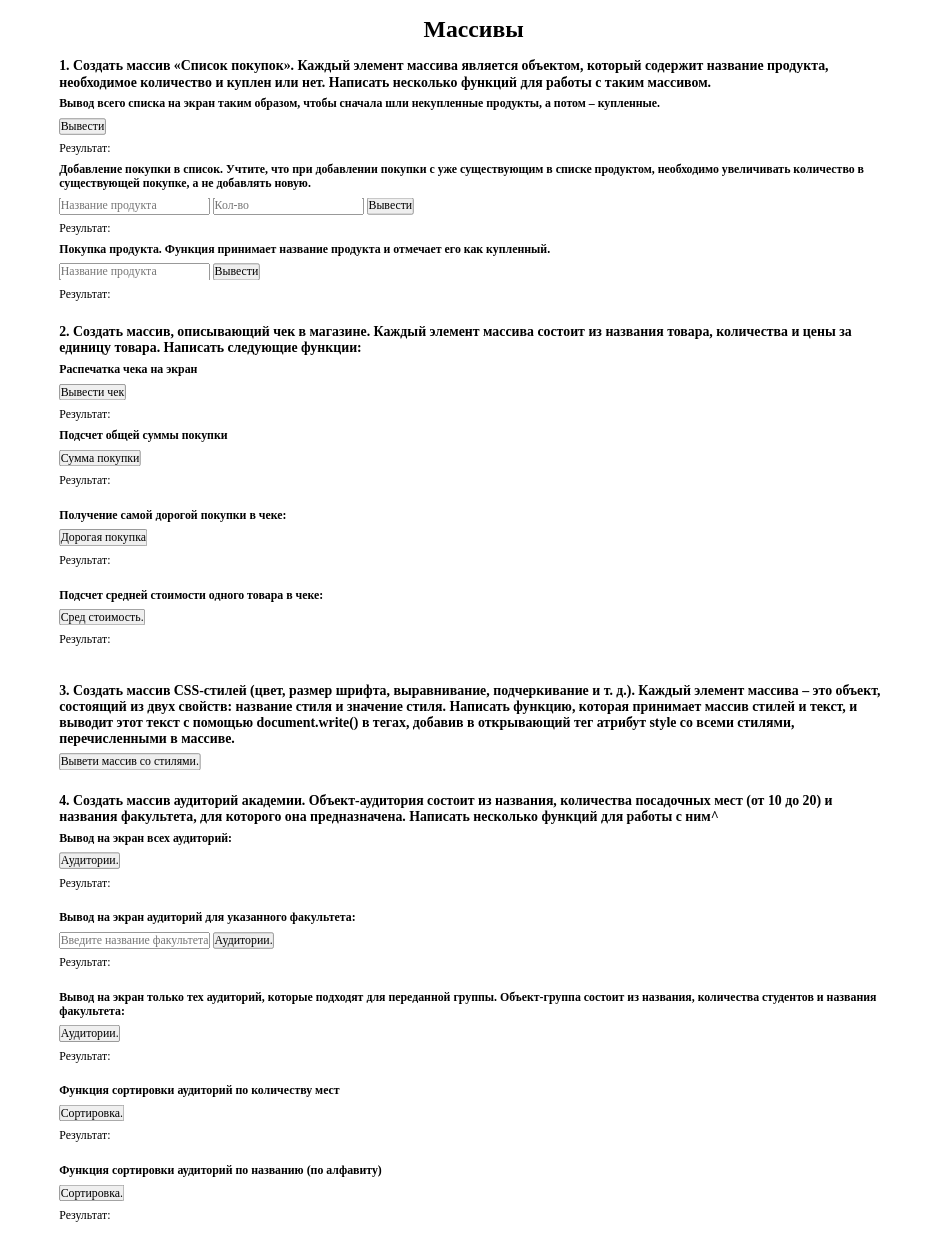
Repository: NastyaGavrilova/Beetroot-js
Page: HW5/index.html
The author's editor kept a copy of each file at every save. The page is drawn from the files as they stood at one save, then again after the next save.
The browser window is 1280 px wide. The pictures show the whole page, at 74% of full size.

Above is the page before, as saved 2021-10-23 14:53:13.

### HW5/index.html
<!DOCTYPE html>
<html lang="en">
  <head>
    <meta charset="UTF-8" />
    <meta http-equiv="X-UA-Compatible" content="IE=edge" />
    <meta name="viewport" content="width=device-width, initial-scale=1.0" />
    <link rel="preconnect" href="https://fonts.googleapis.com" />
    <link rel="preconnect" href="https://fonts.gstatic.com" crossorigin />
    <link
      href="https://fonts.googleapis.com/css2?family=Hind+Siliguri:wght@400;500;700&display=swap"
      rel="stylesheet"
    />
    <link
      rel="stylesheet"
      href="https://cdnjs.cloudflare.com/ajax/libs/normalize/8.0.1/normalize.min.css"
      integrity="sha512-NhSC1YmyruXifcj/KFRWoC561YpHpc5Jtzgvbuzx5VozKpWvQ+4nXhPdFgmx8xqexRcpAglTj9sIBWINXa8x5w=="
      crossorigin="anonymous"
      referrerpolicy="no-referrer"
    />
    <link rel="stylesheet" href="./index.css" />
    <title>Arrays</title>
  </head>
  <body>
    <h1>Массивы</h1>
    <section class="c-task1">
      <div class="c-task1__wrapper">
        <h3 class="title">
          1. Создать массив «Список покупок». Каждый элемент массива является
          объектом, который содержит название продукта, необходимое количество и
          куплен или нет. Написать несколько функций для работы с таким
          массивом.
        </h3>
        <p class="task">
          Вывод всего списка на экран таким образом, чтобы сначала шли
          некупленные продукты, а потом – купленные.
        </p>
        <button id="js-task1-btn1">Вывести</button>
        <p class="paragraph">Результат: <span id="js-task1-span1"></span></p>
        <p class="task">
          Добавление покупки в список. Учтите, что при добавлении покупки с уже
          существующим в списке продуктом, необходимо увеличивать количество в
          существующей покупке, а не добавлять новую.
        </p>
        <form action="#" method="get">
          <input
            type="text"
            id="js-task1-input1"
            placeholder="Название продукта"
          />
          <input type="number" id="js-task1-input2" placeholder="Кол-во" />
          <button id="js-task1-btn2">Вывести</button>
        </form>
        <p class="paragraph">Результат: <span id="js-task1-span2"></span></p>
        <p class="task">
          Покупка продукта. Функция принимает название продукта и отмечает его
          как купленный.
        </p>
        <form action="#" method="get">
          <input
            type="text"
            id="js-task1-input4"
            placeholder="Название продукта"
          />
          <button id="js-task1-btn3">Вывести</button>
        </form>
        <p class="paragraph">Результат: <span id="js-task1-span3"></span></p>
      </div>
    </section>
    <section class="c-task2">
      <div class="c-task2__wrapper">
        <h3 class="title">
          2. Создать массив, описывающий чек в магазине. Каждый элемент массива
          состоит из названия товара, количества и цены за единицу товара.
          Написать следующие функции:
        </h3>
        <p class="task">Распечатка чека на экран</p>
        <button id="js-task2-btn1">Вывести чек</button>
        <p>
          Результат: <br />
          <span id="js-task2-span1"></span>
        </p>

        <p class="task">Подсчет общей суммы покупки</p>
        <button id="js-task2-btn2">Сумма покупки</button>
        <p>
          Результат: <br />
          <span id="js-task2-span2"></span><br />
        </p>
        <p class="task">Получение самой дорогой покупки в чеке:</p>
        <button id="js-task2-btn3">Дорогая покупка</button>
        <p>
          Результат: <br />
          <span id="js-task2-span3"></span><br />
        </p>
        <p class="task">Подсчет средней стоимости одного товара в чеке:</p>
        <button id="js-task2-btn4">Сред стоимость.</button>
        <p>
          Результат: <br />
          <span id="js-task2-span4"></span><br />
        </p>
      </div>
    </section>
    <section class="c-task3">
      <div class="c-task3__wrapper">
        <h3 class="title">
          3. Создать массив CSS-стилей (цвет, размер шрифта, выравнивание,
          подчеркивание и т. д.). Каждый элемент массива – это объект, состоящий
          из двух свойств: название стиля и значение стиля. Написать функцию,
          которая принимает массив стилей и текст, и выводит этот текст с
          помощью document.write() в тегах, добавив в открывающий тег атрибут
          style со всеми стилями, перечисленными в массиве.
        </h3>
        <button id="js-task3-btn">Вывети массив со стилями.</button>
      </div>
    </section>
    <section class="c-task4">
      <div class="c-task4__wrapper">
        <h3 class="title">
          4. Создать массив аудиторий академии. Объект-аудитория состоит из
          названия, количества посадочных мест (от 10 до 20) и названия
          факультета, для которого она предназначена. Написать несколько функций
          для работы с ним^
        </h3>
        <p class="task">Вывод на экран всех аудиторий:</p>
        <button id="js-task4-btn1">Аудитории.</button>
        <p>
          Результат: <br />
          <span id="js-task4-span1"></span><br />
        </p>
        <p class="task">Вывод на экран аудиторий для указанного факультета:</p>
        <form action="#" method="get">
          <input
            type="text"
            id="js-task4-input1"
            placeholder="Введите название факультета"
          />
          <button id="js-task4-btn2">Аудитории.</button>
        </form>
        <p>
          Результат: <br />
          <span id="js-task4-span2"></span><br />
        </p>

        <p class="task">
          Вывод на экран только тех аудиторий, которые подходят для переданной
          группы. Объект-группа состоит из названия, количества студентов и
          названия факультета:
        </p>
        <button id="js-task4-btn3">Аудитории.</button>
        <p>
          Результат: <br />
          <span id="js-task4-span3"></span><br />
        </p>
        <p class="task">Функция сортировки аудиторий по количеству мест</p>
        <button id="js-task4-btn4">Сортировка.</button>
        <p>
          Результат: <br />
          <span id="js-task4-span4"></span><br />
        </p>
        <p class="task">
          Функция сортировки аудиторий по названию (по алфавиту)
        </p>
        <button id="js-task4-btn5">Сортировка.</button>
        <p>
          Результат: <br />
          <span id="js-task4-span5"></span><br />
        </p>
      </div>
    </section>
    <script src="index.js"></script>
  </body>
</html>

### HW5/index.css
* {
  box-sizing: border-box;
  padding: 0;
  margin: 0;
}
body {
  max-width: 1200px;
  margin: 0 auto;
}
h1 {
  text-align: center;
  margin-bottom: 20px;
}

section {
  padding: 0 40px 20px 40px;
}

.title,
p,
button {
  margin-bottom: 10px;
}

.task {
  font-weight: bold;
}

### HW5/index.js
// task 1

class Product {
  constructor(params = {}) {
    Object.assign(
      this,
      {
        nameOfProduct: null,
        amount: 1,
        bought: false,
      },
      { ...params }
    );
  }
  // словие сортировки для метода sort
  static sortDefault(a, b) {
    return (
      (a.bought - b.bought) * 10 +
      a.nameOfProduct.localeCompare(b.nameOfProduct)
    );
  }
  // метод для вывода списка
  static showProduct(a) {
    return ` ${a.nameOfProduct} (x${a.amount}) ${
      a.bought ? "куплено" : "не куплено"
    }`;
  }
}
// масив обьектов продуктов
let shopList = [
  { nameOfProduct: "Банан", amount: 2 },
  { nameOfProduct: "Апельсин", amount: 5, bought: true },
  { nameOfProduct: "Молоко", bought: true },
  { nameOfProduct: "Груша", amount: 10 },
].map((prodDef) => new Product(prodDef));

// добавление покупки
let addToShopList = (prodDef) => {
  // при добавлении покупки с уже существующим в списке продуктом, необходимо увеличивать количество в существующей покупке, а не добавлять новую
  let prod = shopList.find(
    (prod) => prod.nameOfProduct === prodDef.nameOfProduct
  );
  if (!prod) return shopList.push(new Product(prodDef));
  prod.amount += prodDef.amount;
};
// функция куаленного продукта
let boughtProduct = (product) => {
  // при вводе существующего продукта его статус меняеться на "куплено"
  let prod = shopList.find(
    (prod) => prod.nameOfProduct === product.nameOfProduct
  );
  if (!prod.bought) return (prod.bought += true);
};
// кнопка для функции сортировки и вівода
let btn1 = document.getElementById("js-task1-btn1");
btn1.addEventListener("click", (e) => {
  e.preventDefault();
  let showSortByBought = document.getElementById("js-task1-span1");
  shopList.sort(Product.sortDefault);
  return (showSortByBought.innerHTML = shopList.map(Product.showProduct));
});
// кнопка для добавления сортировки и вівода
let btn1_2 = document.getElementById("js-task1-btn2");
btn1_2.addEventListener("click", (e) => {
  e.preventDefault();
  let showAddProduct = document.getElementById("js-task1-span2");
  let nameProd = document.getElementById("js-task1-input1");
  let amountProd = document.getElementById("js-task1-input2");
  addToShopList({
    _nameOfProduct: nameProd.value,
    get nameOfProduct() {
      return this._nameOfProduct;
    },
    set nameOfProduct(value) {
      this._nameOfProduct = value;
    },
    amount: +amountProd.value,
  });
  shopList.sort(Product.sortDefault);
  return (showAddProduct.innerHTML = shopList.map(Product.showProduct));
});
// кнопка для изменения статуса продукта, сортировки и вівода
let btn1_3 = document.getElementById("js-task1-btn3");
btn1_3.addEventListener("click", (e) => {
  let showBoughtPoduct = document.getElementById("js-task1-span3");
  let nameProduct = document.getElementById("js-task1-input4");
  boughtProduct({ nameOfProduct: nameProduct.value });
  shopList.sort(Product.sortDefault);
  return (showBoughtPoduct.innerHTML = shopList.map(Product.showProduct));
});

// task 2

class ShopCheck {
  constructor(params = {}) {
    Object.assign(
      this,
      {
        nameShopProduct: null,
        price: 1,
        amount: 1,
      },
      { ...params }
    );
  }
  // сортировка сначала дорогие продуты
  static sortExpensive(a, b) {
    if (a.amount * a.price < b.amount * b.price) {
      return 1;
    }
    if (a.amount * a.price > b.amount * b.price) {
      return -1;
    }
    return 0;
  }
}
let shopCheck = [
  {
    nameOfProduct: "Зубная паста",
    price: 30,
  },
  {
    nameOfProduct: "Бананы",
    price: 10,
    amount: 20,
  },
  {
    nameOfProduct: "Губки (упаковка)",
    price: 30,
    amount: 4,
  },
  {
    nameOfProduct: "Капуста",
    price: 90,
    amount: 2,
  },
  {
    nameOfProduct: "Кастрюля",
    price: 150,
    amount: 1,
  },
].map((prodDef) => new ShopCheck(prodDef));

// переобразование метода toString()
ShopCheck.prototype.toString = function checkToString() {
  return `${this.nameOfProduct} (x${this.amount}), цена ${this.price}грн за 1 ед.`;
};
// функция вывода массива обьектов
let showCheckList = (spanEl) => {
  let str = " ";
  for (let i = 0; i < shopCheck.length; i++) {
    if (shopCheck[i] !== undefined)
      str += i + " - " + shopCheck[i].toString() + "<br>";
  }
  return (spanEl.innerHTML = str);
};
// функция подсчета общей суммы покупок
let sumCheck = (arr) => {
  let result = 0;
  const initialValue = 0;
  result = arr.reduce(function (accumulator, currentValue) {
    return accumulator + currentValue.price * currentValue.amount;
  }, initialValue);
  return result;
};

// функция подсчета средней стоимости товара в чеке
let mediumPriceInChek = (arr) => {
  let result = 0;
  result = sumCheck(arr) / arr.length;
  return result;
};

let btn2 = document.getElementById("js-task2-btn1");
btn2.addEventListener("click", (e) => {
  e.preventDefault();
  let outputShopCheck = document.getElementById("js-task2-span1");
  showCheckList(outputShopCheck);
});

let btn2_1 = document.getElementById("js-task2-btn2");
btn2_1.addEventListener("click", (e) => {
  e.preventDefault();
  let outputSumCheck = document.getElementById("js-task2-span2");
  outputSumCheck.innerHTML = sumCheck(shopCheck) + " грн";
});

let btn2_3 = document.getElementById("js-task2-btn3");
btn2_3.addEventListener("click", (e) => {
  e.preventDefault();
  let outputExpensiveProd = document.getElementById("js-task2-span3");
  shopCheck.sort(ShopCheck.sortExpensive);
  outputExpensiveProd.innerHTML = shopCheck[0].toString();
});

let btn2_4 = document.getElementById("js-task2-btn4");
btn2_4.addEventListener("click", (e) => {
  e.preventDefault();
  let outputAvgPrice = document.getElementById("js-task2-span4");
  outputAvgPrice.innerHTML = mediumPriceInChek(shopCheck) + " грн";
});

// task3

let styles = [
  {
    color: "palevioletred",
    "font-weight": "bold",
    padding: "10px",
    border: "4px double #E800FD",
    text: "Lorem ipsum dolor sit amet consectetur adipisicing elit. Sed, dolorem. Nam, dignissimos alias laborum, minima doloremque repudiandae nostrum est ea ipsa atque similique voluptate voluptates blanditiis vero! Molestiae, similique iusto.",
  },
  {
    color: "blue",
    "font-weight": "bold",
    padding: "10px",
    border: "4px solid #1E2A9F",
    text: "Lorem ipsum dolor sit amet consectetur adipisicing elit. Sed, dolorem. Nam, dignissimos alias laborum, minima doloremque repudiandae nostrum est ea ipsa atque similique voluptate voluptates blanditiis vero! Molestiae, similique iusto.",
  },
];

function newContentStyles() {
  styles.forEach((item) => {
    document.write(
      `<p style = "color: ${item.color}; font-weight: ${item["font-weight"]}; padding: ${item["padding"]}; border: ${item.border}">${item.text}</p> `
    );
  });
}
let btn3 = document.getElementById("js-task3-btn");
btn3.addEventListener("click", (e) => {
  e.preventDefault();
  newContentStyles();
});

// task 4

class Audiences {
  constructor(params = {}) {
    Object.assign(
      this,
      {
        name: null,
        seats: 1,
        faculty: null,
      },
      { ...params }
    );
  }

  static sortBySeats(a, b) {
    if (a.seats < b.seats) {
      return 1;
    }
    if (a.seats > b.seats) {
      return -1;
    }
    return 0;
  }
}
Audiences.prototype.toString = function checkToString() {
  return `${this.name} (x${this.seats}), Факультет ${this.faculty} `;
};

let audincesList = [
  {
    name: "Первая",
    seats: 230,
    faculty: "Компьютерных технологий",
  },
  {
    name: "Вторая",
    seats: 135,
    faculty: "Филологии",
  },
  {
    name: "Третья",
    seats: 97,
    faculty: "Экономики",
  },
  {
    name: "Четвертая",
    seats: 188,
    faculty: "Компьютерных технологий",
  },
  {
    name: "Пятая",
    seats: 104,
    faculty: "Архитектуры",
  },
].map((prodDef) => new Audiences(prodDef));

let showAudiences = (arr, spanEl) => {
  let str = " ";
  for (let i = 0; i < arr.length; i++) {
    if (arr[i] !== undefined) str += i + " - " + arr[i].toString() + "<br>";
  }
  return (spanEl.innerHTML = str);
};

let showAudiencesByFaculty = (arr, faculty, spanEl) => {
  let str = " ";
  for (let i = 0; i < arr.length; i++) {
    if (arr[i].faculty === faculty) {
      str += i + " - " + arr[i].toString() + "<br>";
    }
  }
  return (spanEl.innerHTML = str);
};

let group = {
  name: "Инженерия программного обеспечения",
  students: 60,
  faculty: "Компьютерных технологий",
};

let findAudiencesForGroup = (arr, obj, spanEl) => {
  for (let i = 0; i < arr.length; i++) {
    if (arr[i].seats === obj.students || arr[i].seats > group.students) {
      return (spanEl.innerHTML = ` ${arr[i].name} подходит для группы ${group.name} !`);
    }
  }
};

let btn4 = document.getElementById("js-task4-btn1");
btn4.addEventListener("click", (e) => {
  e.preventDefault();
  let audiencesShow = document.getElementById("js-task4-span1");
  showAudiences(audincesList, audiencesShow);
});

let btn4_1 = document.getElementById("js-task4-btn2");
btn4_1.addEventListener("click", (e) => {
  e.preventDefault();
  let audienceShow1 = document.getElementById("js-task4-span2");
  let facultyName = document.getElementById("js-task4-input1");
  showAudiencesByFaculty(audincesList, facultyName.value, audienceShow1);
});

let btn4_2 = document.getElementById("js-task4-btn3");
btn4_2.addEventListener("click", (e) => {
  e.preventDefault();
  let audiencesShow2 = document.getElementById("js-task4-span3");
  findAudiencesForGroup(audincesList, group, audiencesShow2);
});

let btn4_3 = document.getElementById("js-task4-btn4");
btn4_3.addEventListener("click", (e) => {
  e.preventDefault();
  let sortAudiencesBySeats = document.getElementById("js-task4-span4");
  audincesList.sort(Audiences.sortBySeats);
  showAudiences(audincesList, sortAudiencesBySeats);
});

let btn4_4 = document.getElementById("js-task4-btn5");
btn4_4.addEventListener("click", (e) => {
  e.preventDefault();
  let sortByAlphabit = document.getElementById("js-task4-span5");
  audincesList.sort();
  showAudiences(audincesList, sortByAlphabit);
});

After the next save:
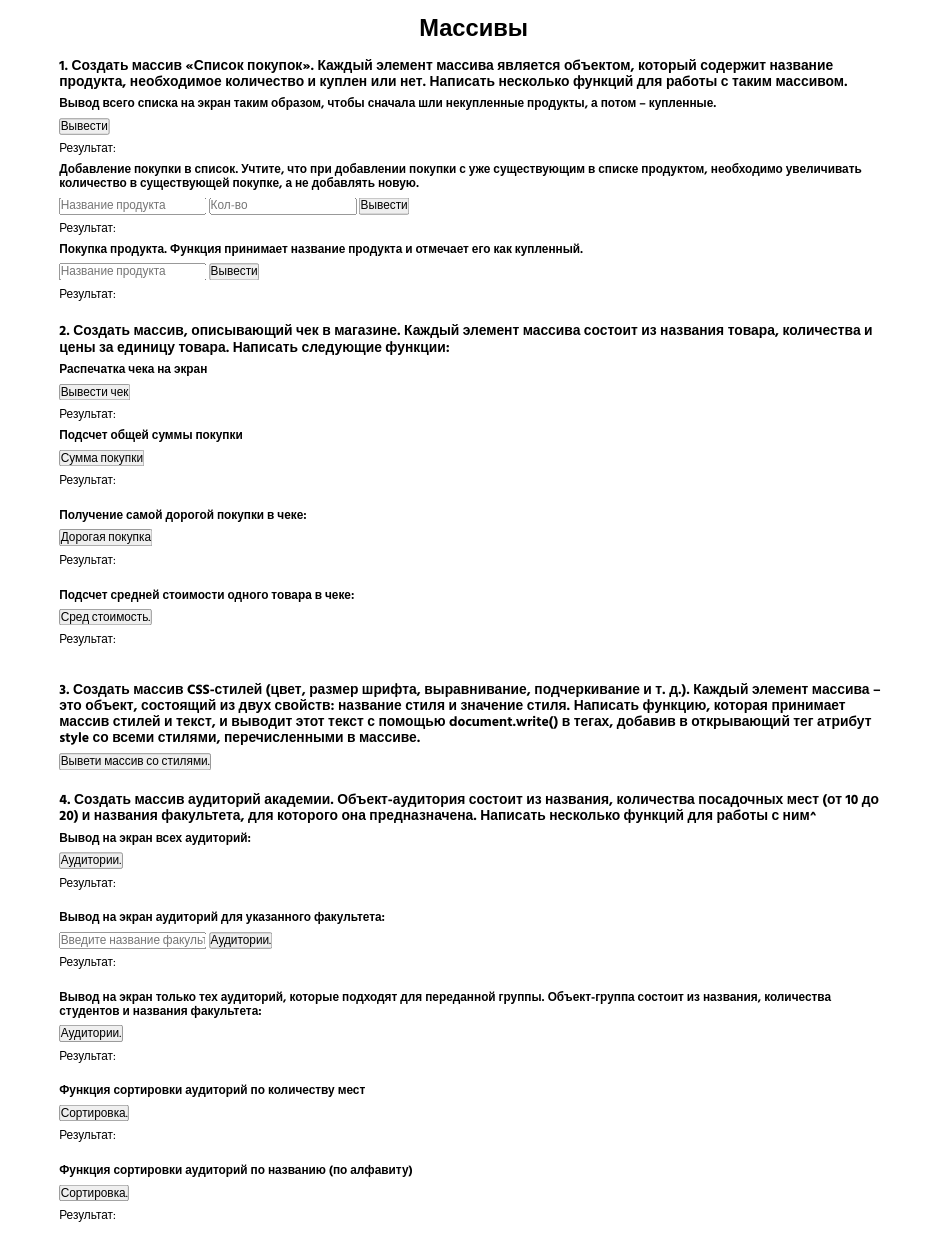
Saved 13 s later.
--- a/HW5/index.css
+++ b/HW5/index.css
@@ -6,6 +6,7 @@
 body {
   max-width: 1200px;
   margin: 0 auto;
+  font-family: "Hind Siliguri", sans-serif;
 }
 h1 {
   text-align: center;
